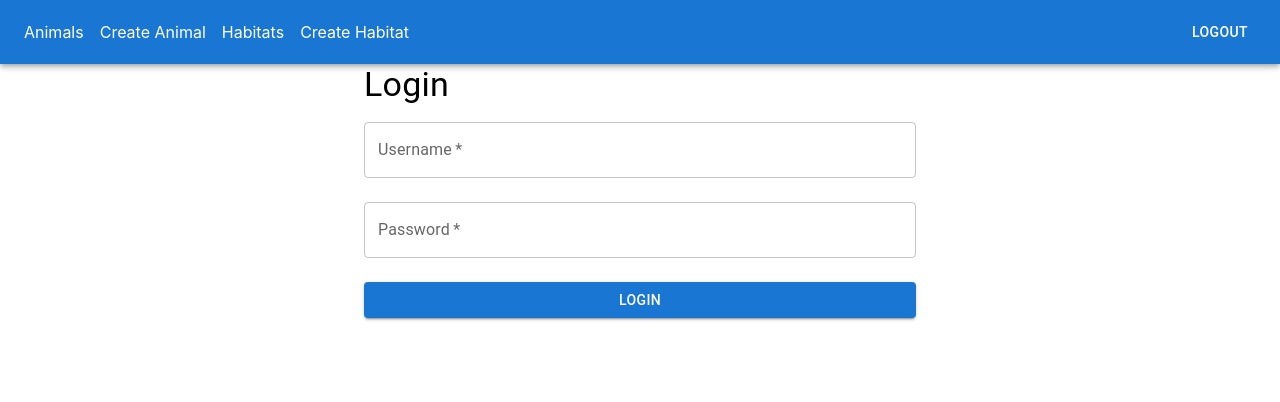
Repository: maomao7788/Digital-Zoo-Management1
Page: / (app in frontend/)
The author's editor kept a copy of each file at every save. The page is drawn from the files as they stood at one save, then again after the next save.
The browser window is 1280 px wide. The pictures show the whole page.
The project was rebuilt for these pictures with package versions that can differ from the ones it lists, and the page was loaded fresh each time. Also part of the build but not shown: frontend/src/pages/AnimalList.tsx, frontend/src/services/api.ts, frontend/src/pages/CreateAnimal.tsx, frontend/src/pages/EditAnimal.tsx, frontend/src/pages/HabitatList.tsx, frontend/src/pages/CreateHabitat.tsx, frontend/src/pages/EditHabitat.tsx.

Above is the page before, as saved 2025-02-28 12:23:12.

After the next save:
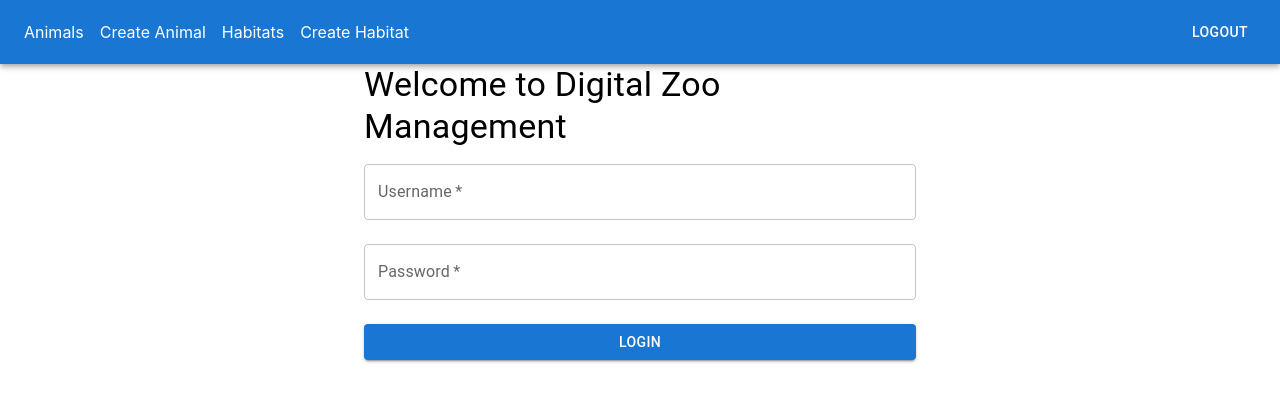
Saved 23 min 22 s later.
--- a/frontend/src/pages/Login.tsx
+++ b/frontend/src/pages/Login.tsx
@@ -35,7 +35,7 @@ const Login = () => {
 
   return (
     <Container maxWidth="sm">
-      <Typography variant="h4">Login</Typography>
+      <Typography variant="h4">Welcome to Digital Zoo Management</Typography>
          {/* login form */}
       <form onSubmit={handleSubmit}>
         <TextField
